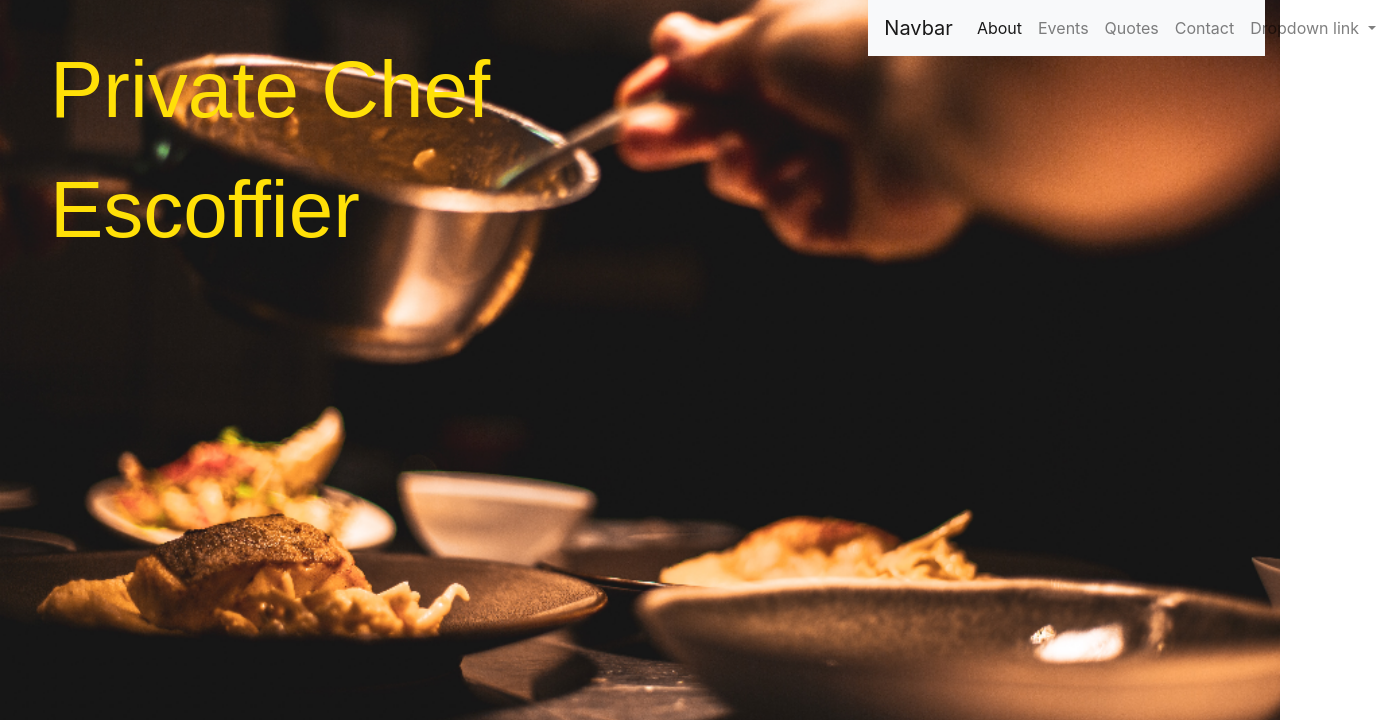
Repository: Mrsebastino/First-Milestone
Page: index.html
The author's editor kept a record of every edit. The page is drawn from the files as they stood at one moment, then again after the next edit.
The browser window is 1280 px wide. The page is 1384 px wide, then 1299 px, so the pictures cover 1384 px, including what lies to the right of the window. The pictures show the whole page.
Some web fonts or font styles are not loaded; a fallback is used. Some web libraries are served in a nearby version.

Above is the page before.

### index.html
<!DOCTYPE html>
<html lang="en">

<head>
    <meta charset="UTF-8">
    <meta name="viewport" content="width=device-width, initial-scale=1.0">
    <meta http-equiv="X-UA-Compatible" content="ie=edge">
    <title>Private Chef Escoffier</title>
    <link rel="stylesheet" href="https://stackpath.bootstrapcdn.com/bootstrap/4.2.1/css/bootstrap.min.css" integrity="sha384-GJzZqFGwb1QTTN6wy59ffF1BuGJpLSa9DkKMp0DgiMDm4iYMj70gZWKYbI706tWS" crossorigin="anonymous">
    <script src="https://kit.fontawesome.com/59067acff4.js" crossorigin="anonymous"></script>
    <link rel="stylesheet" href="assets/css/style.css" type="text/css" />

</head>

<body>
    <header>
        <div class="container-fluid container-header">
            <div class="row">
                <div class="col-8">
                    <p class="container-title"> Private Chef<br> Escoffier</p>
                </div>
                <div class="col-md-4">
                    <nav class="navbar navbar-expand-lg navbar-light bg-light">
                        <a class="navbar-brand" href="#">Navbar</a>
                        <button class="navbar-toggler" type="button" data-toggle="collapse" data-target="#navbarNavDropdown"
                        aria-controls="navbarNavDropdown" aria-expanded="false" aria-label="Toggle navigation">
                        <span class="navbar-toggler-icon"></span>
                         </button>
                        <div class="collapse navbar-collapse" id="navbarNavDropdown">
                            <ul class="navbar-nav">
                                <li class="nav-item active">
                                    <a class="nav-link" href="#">About <span class="sr-only">(current)</span></a>
                                </li>
                                <li class="nav-item">
                                    <a class="nav-link" href="#">Events</a>
                                </li>
                                <li class="nav-item">
                                    <a class="nav-link" href="#">Quotes</a>
                                </li>
                                 <li class="nav-item">
                                    <a class="nav-link" href="#">Contact</a>
                                </li>
                                <li class="nav-item dropdown">
                                    <a class="nav-link dropdown-toggle" href="#" id="navbarDropdownMenuLink" role="button"
                                    data-toggle="dropdown" aria-haspopup="true" aria-expanded="false">
                                     Dropdown link
                               </a>
                                    <div class="dropdown-menu" aria-labelledby="navbarDropdownMenuLink">
                                        <a class="dropdown-item" href="#">Action</a>
                                        <a class="dropdown-item" href="#">Another action</a>
                                        <a class="dropdown-item" href="#">Something else here</a>
                                      </div>
                                </li>
                            </ul>
                        </div>
                    </nav>
                </div>
            </div>
        </div>
    </header>
    <section>

    </section>
    <footer>

    </footer>
</body>

</html>

### assets/css/style.css
@import url('https://fonts.googleapis.com/css?family=Roboto:100,200,300,400,500,600,700|Mansalva:100,200,300,400,500,600,700');

.body {
    font-family: 'Roboto', sans-serif;
}

/*---------Header------*/

.container-title {
    font-family: 'Mansalva', sans-serif;
    font-size: 80px;
    color: #ffe007;
    margin-top: 30px;
    margin-left: 35px;
}

.container-header {
    height: 100vh;
    background: url("../images/blur-chef-cooking-2403392.jpg") no-repeat center center fixed;
    -webkit-background-size: cover;
    -moz-background-size: cover;
    -o-background-size: cover;
    background-size: cover;
}

/*---------Navbar------*/

After the next edit:
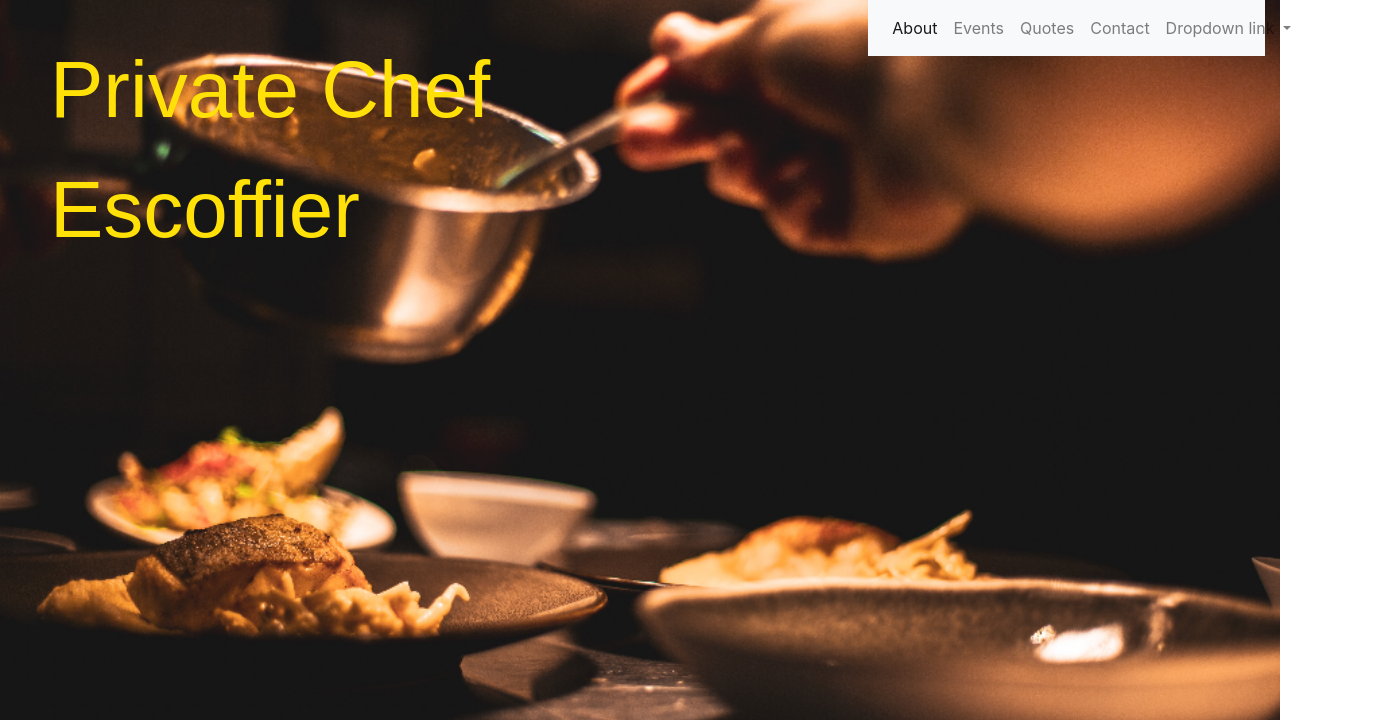
The edit:
--- a/index.html
+++ b/index.html
@@ -21,7 +21,6 @@
                 </div>
                 <div class="col-md-4">
                     <nav class="navbar navbar-expand-lg navbar-light bg-light">
-                        <a class="navbar-brand" href="#">Navbar</a>
                         <button class="navbar-toggler" type="button" data-toggle="collapse" data-target="#navbarNavDropdown"
                         aria-controls="navbarNavDropdown" aria-expanded="false" aria-label="Toggle navigation">
                         <span class="navbar-toggler-icon"></span>
